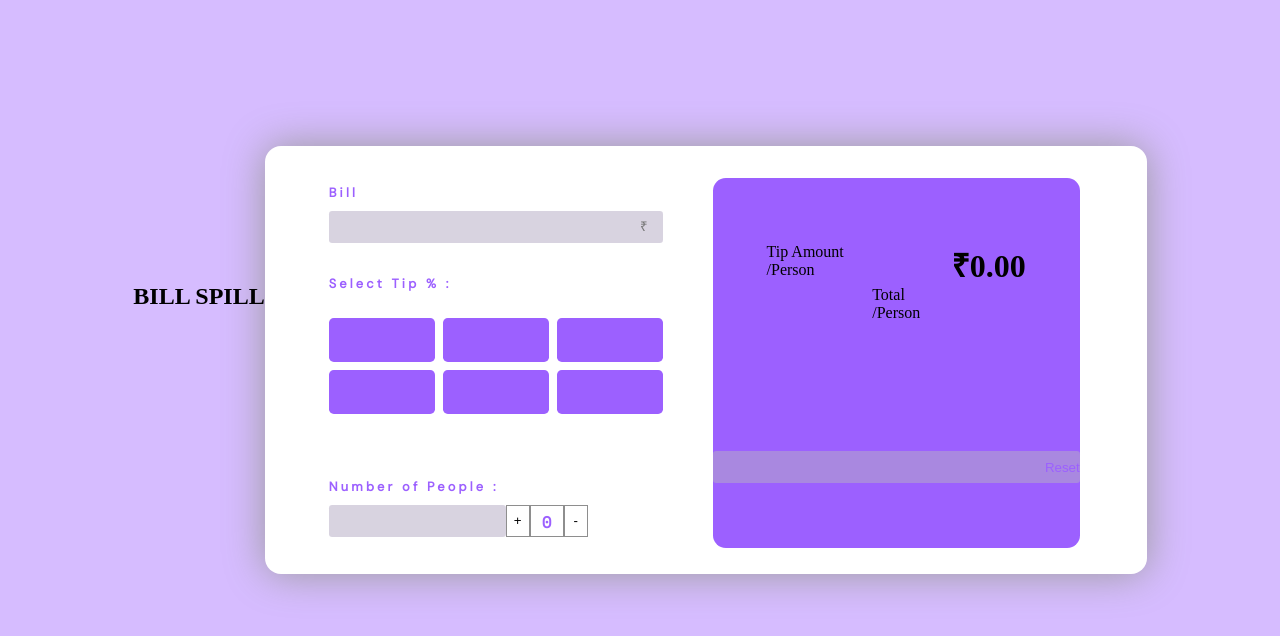
Repository: drumsmanku/micro-project-3
Page: index.html
These files come from the project's save history. The page is drawn as it stood at one moment and after the next save; the edit follows.
The browser window is 1280 px wide. The pictures show the whole page.

Above is the page before, as saved 2023-04-17 19:43:57.

After the next save:
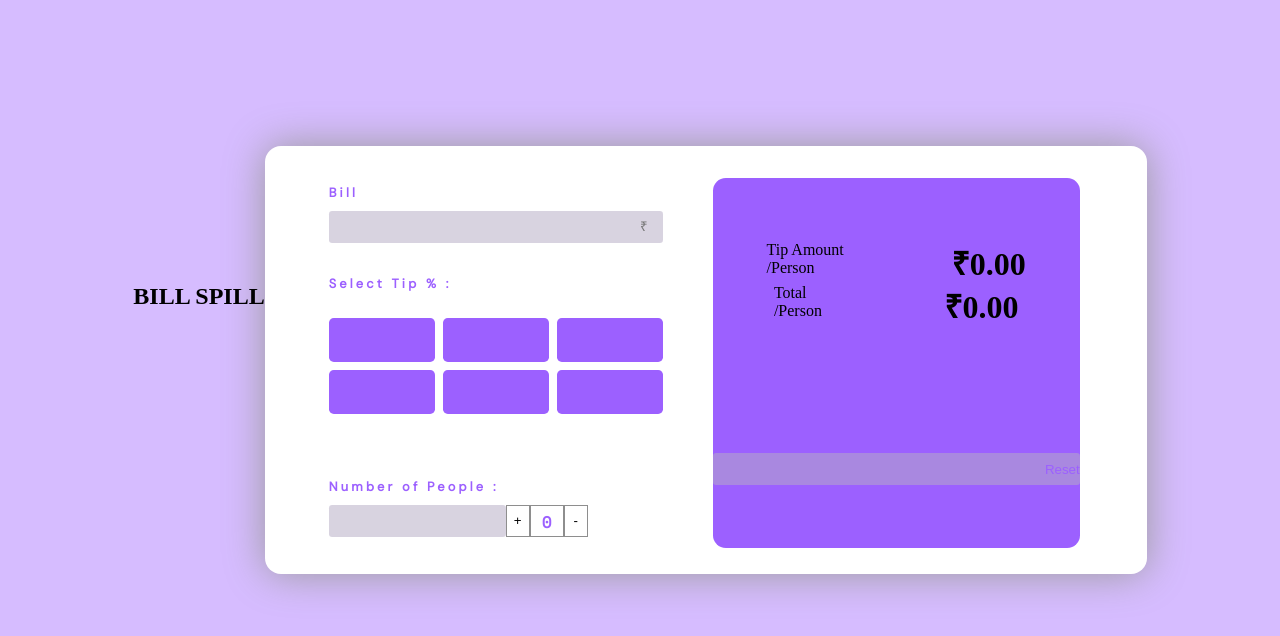
Saved 20 s later.
--- a/index.html
+++ b/index.html
@@ -51,6 +51,7 @@
               <p class="two-two">/Person</p>
 
             </div>
+            <h1>₹0.00</h1>
           </div>
         </div>
 
